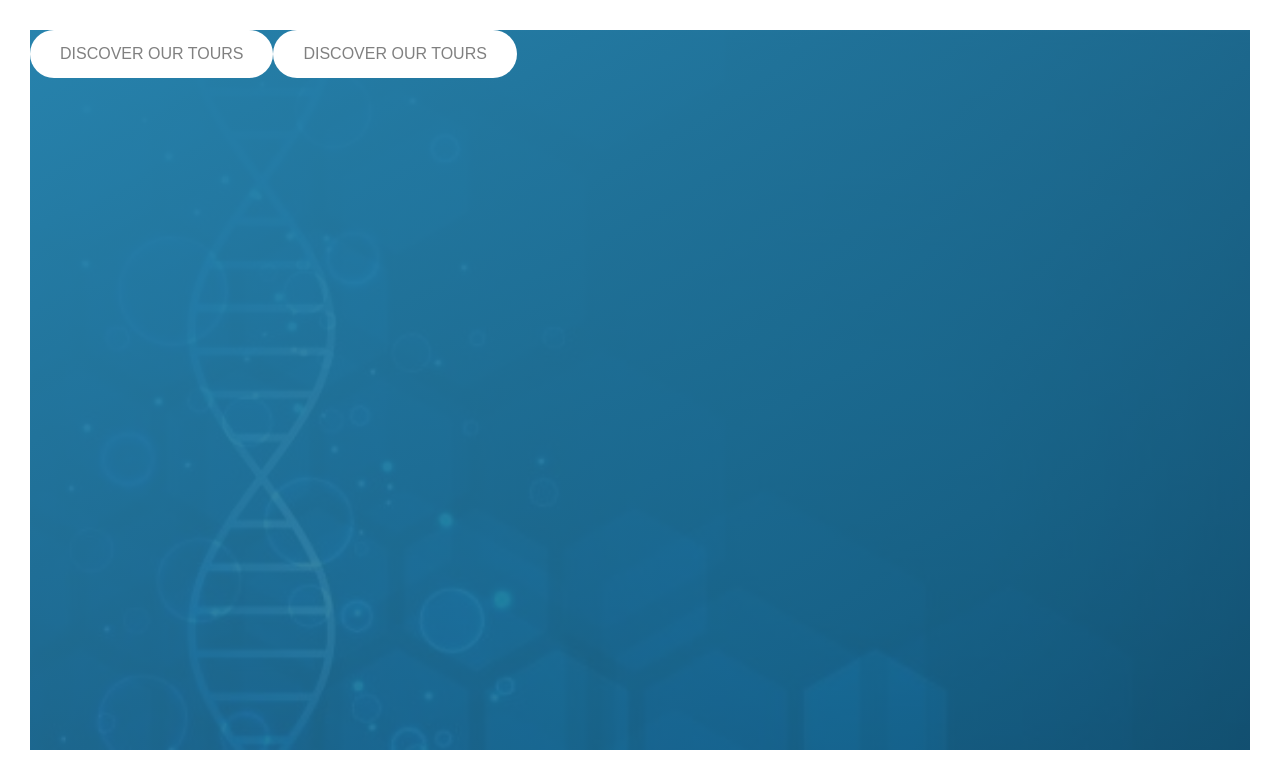
Repository: ajayaj2001/healthcare-digitization
Page: /
An editor plug-in stored every save of this project. The page is shown before and after the next save, followed by the edit.
The browser window is 1280 px wide. The pictures show the whole page.
The project was rebuilt for these pictures with package versions that can differ from the ones it lists, and the page was loaded fresh each time.

Above is the page before, as saved 2021-03-12 18:09:00.

### public/index.html
<!DOCTYPE html>
<html lang="en">

<head>
  <meta charset="utf-8" />
  <meta name="viewport" content="width=device-width, initial-scale=1" />
  <meta name="theme-color" content="#000000" />
  <meta name="description" content="Web site created using create-react-app" />
  <link rel="stylesheet" href="https://fonts.googleapis.com/css?family=Roboto:300,400,500,700&display=swap" />
  <link rel="stylesheet" href="https://fonts.googleapis.com/icon?family=Material+Icons" />

  <!--
      manifest.json provides metadata used when your web app is installed on a
      user's mobile device or desktop. See https://developers.google.com/web/fundamentals/web-app-manifest/
    -->
  <!-- <link rel="manifest" href="%PUBLIC_URL%/manifest.json" /> -->
  <!--
      Notice the use of %PUBLIC_URL% in the tags above.
      It will be replaced with the URL of the `public` folder during the build.
      Only files inside the `public` folder can be referenced from the HTML.

      Unlike "/favicon.ico" or "favicon.ico", "%PUBLIC_URL%/favicon.ico" will
      work correctly both with client-side routing and a non-root public URL.
      Learn how to configure a non-root public URL by running `npm run build`.
    -->
  <title>medical</title>
</head>

<body>
  <noscript>You need to enable JavaScript to run this app.</noscript>
  <div id="root"></div>
  <!--
      This HTML file is a template.
      If you open it directly in the browser, you will see an empty page.

      You can add webfonts, meta tags, or analytics to this file.
      The build step will place the bundled scripts into the <body> tag.

      To begin the development, run `npm start` or `yarn start`.
      To create a production bundle, use `npm run build` or `yarn build`.
    -->
</body>

</html>

### src/index.js
import React from 'react';
import ReactDOM from 'react-dom';
import './index.scss';
import App from './component/app/App';

ReactDOM.render(
  <React.StrictMode>
    <App />
  </React.StrictMode>,
  document.getElementById('root')
);

### src/index.scss
body {
  margin: 0;
  font-family: -apple-system, BlinkMacSystemFont, "Segoe UI", "Roboto", "Oxygen", "Ubuntu", "Cantarell", "Fira Sans",
    "Droid Sans", "Helvetica Neue", sans-serif;
  -webkit-font-smoothing: antialiased;
  -moz-osx-font-smoothing: grayscale;
}

code {
  font-family: source-code-pro, Menlo, Monaco, Consolas, "Courier New", monospace;
}
@mixin respond($breakpoint) {
  @if $breakpoint == phone {
    @media (max-width: 37.5em) {
      @content;
    }
  }

  @if $breakpoint == tab-land {
    @media (max-width: 75em) {
      @content;
    }
  }
  @if $breakpoint == tab-port {
    @media (max-width: 56.25em) {
      @content;
    }
  }
  @if $breakpoint == big-desktop {
    @media (min-width: 112.5em) {
      @content;
    }
  }
}

*,
*::after,
*::before {
  margin: 0;
  padding: 0;
  box-sizing: inherit;
}
body {
  font-family: "Lato", sans-serif;
  font-weight: 400;
  font-size: 16px;
  line-height: 1.7;
  color: #777;
  padding: 30px;
  box-sizing: border-box;
  @include respond(tab-port) {
    padding: 0;
  }
}

html {
  font-size: 62.5%; //1rem=10px 10px/16px=62.5%
  @include respond(tab-land) {
    //width <1200
    font-size: 56.25%; //1rem=9px
  }
  @include respond(tab-port) {
    //<width <900
    font-size: 50%; //1rem=8px
  }
  // @include respond(phone) {
  //     //<width<600
  //     font-size: 40%; //1rem=4.8px
  // }
  @include respond(big-desktop) {
    //>1200
    font-size: 75%; //1rem=12
  }
}

### src/component/app/App.js
import './App.scss';

import UserType from "../userType/UserType";

function App() {
  return (
    <div className="App">
      <UserType />
    </div>
  );
}

export default App;

### src/component/userType/UserType.js
import React from 'react'
import './UserType.scss'

const UserType = () => {
    return (
        <div className="userType">
            <button className="btn btn--white btn--animation" >Discover Our Tours</button>
            <button className="btn btn--white btn--animation" >Discover Our Tours</button>
        </div>
    )
}

export default UserType

### src/component/userType/UserType.scss
.userType {
    height: 100vh;
    background-image: linear-gradient(to right bottom, #2783ad, rgba(23, 91, 122, 0.774)), url(../../img/img-1.jpg);
    background-size: cover;
    background-position: top;
    position: relative;
}

.btn {
    &,
    &:link,
    &:visited {
        text-decoration: none;
        padding: 1.5rem 3rem;
        text-transform: uppercase;
        display: inline-block;
        border-radius: 10rem;
        transition: all 0.2s;
        position: relative;
        font-size: 1.6rem;

        //for button element

        border: none;
        cursor: pointer;
    }
    &:hover {
        transform: translateY(-0.3rem);
        box-shadow: 0 1rem 2rem rgba(0, 0, 0, 0.3);
        &::after {
            transform: scalex(1.4) scaleY(1.6);
            opacity: 0;
        }
    }
    &:active,
    &:focus {
        outline: none;
        transform: translateY(-0.1rem);
        box-shadow: 0 0.5rem 1rem rgba(0, 0, 0, 0.2);
    }
    &--white {
        background-color: #fff;
        color: grey;
        &::after {
            background-color: #fff;
        }
    }
    &--green {
        background-color: rgba(40, 180, 131, 0.8);
        color: white;
        &::after {
            background-color: rgba(40, 180, 131, 0.8);
        }
    }
    &::after {
        content: "";
        display: inline-block;
        border-radius: 10rem;
        transition: all 0.4s;
        height: 100%;
        width: 100%;
        top: 0;
        left: 0;
        position: absolute;
        z-index: -1;
    }
    &--animation {
        animation: moveInBottom 0.5s ease-out 0.75 backwards;
    }
}

Loaded but not shown: src/component/app/App.scss (no stored copy; drawn as an empty file)

After the next save:
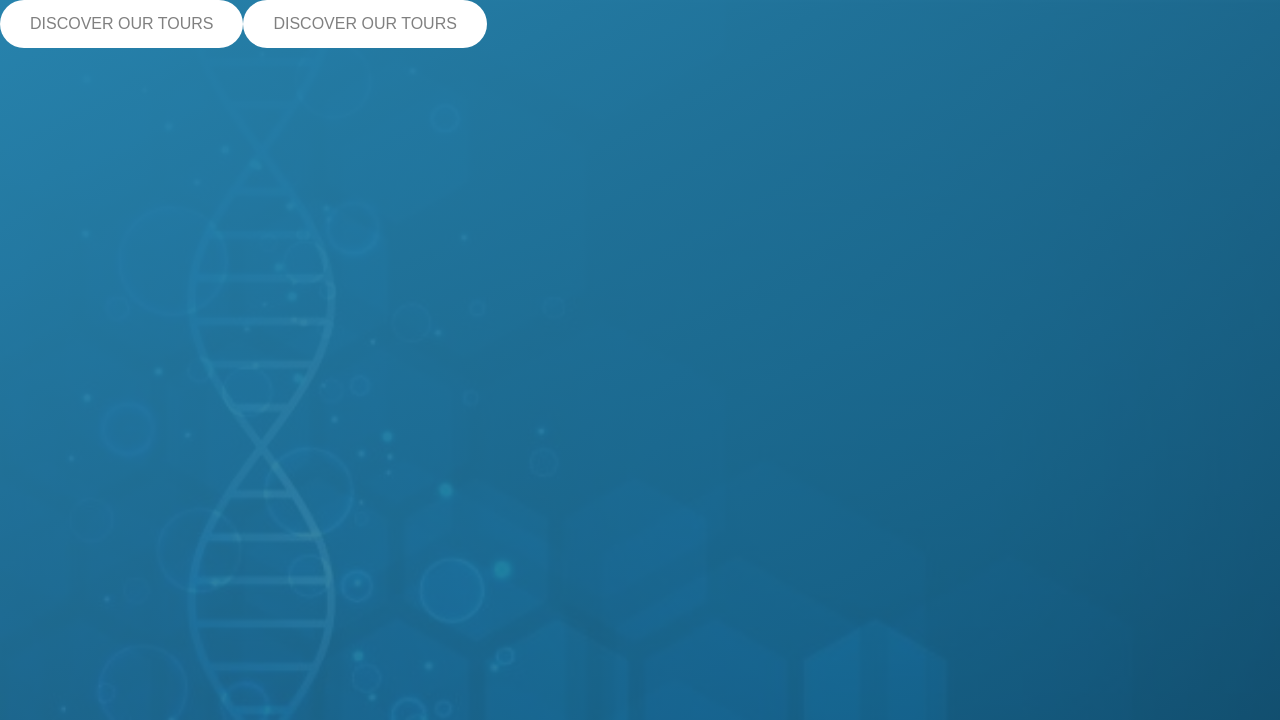
Saved 41 s later.
--- a/src/index.scss
+++ b/src/index.scss
@@ -46,7 +46,7 @@ body {
   font-size: 16px;
   line-height: 1.7;
   color: #777;
-  padding: 30px;
+  //padding: 30px;
   box-sizing: border-box;
   @include respond(tab-port) {
     padding: 0;
